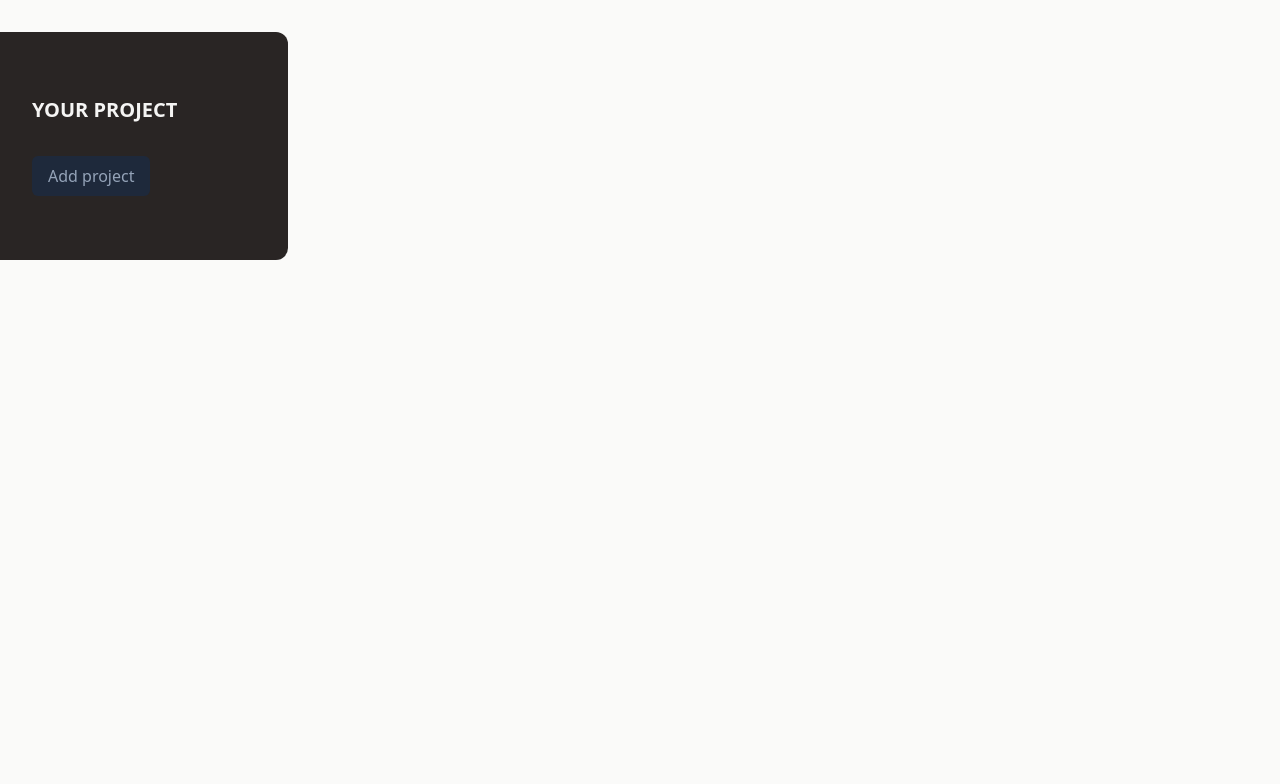
Repository: sibi24sibi/todo-list-using-reactjs
Page: /
An editor plug-in stored every save of this project. The page is shown before and after the next save, followed by the edit.
The browser window is 1280 px wide. The pictures show the whole page.
The project was rebuilt for these pictures with package versions that can differ from the ones it lists, and the page was loaded fresh each time. Also part of the build but not shown: vite.config.js.

Above is the page before, as saved 2024-06-24 11:57:25.

After the next save:
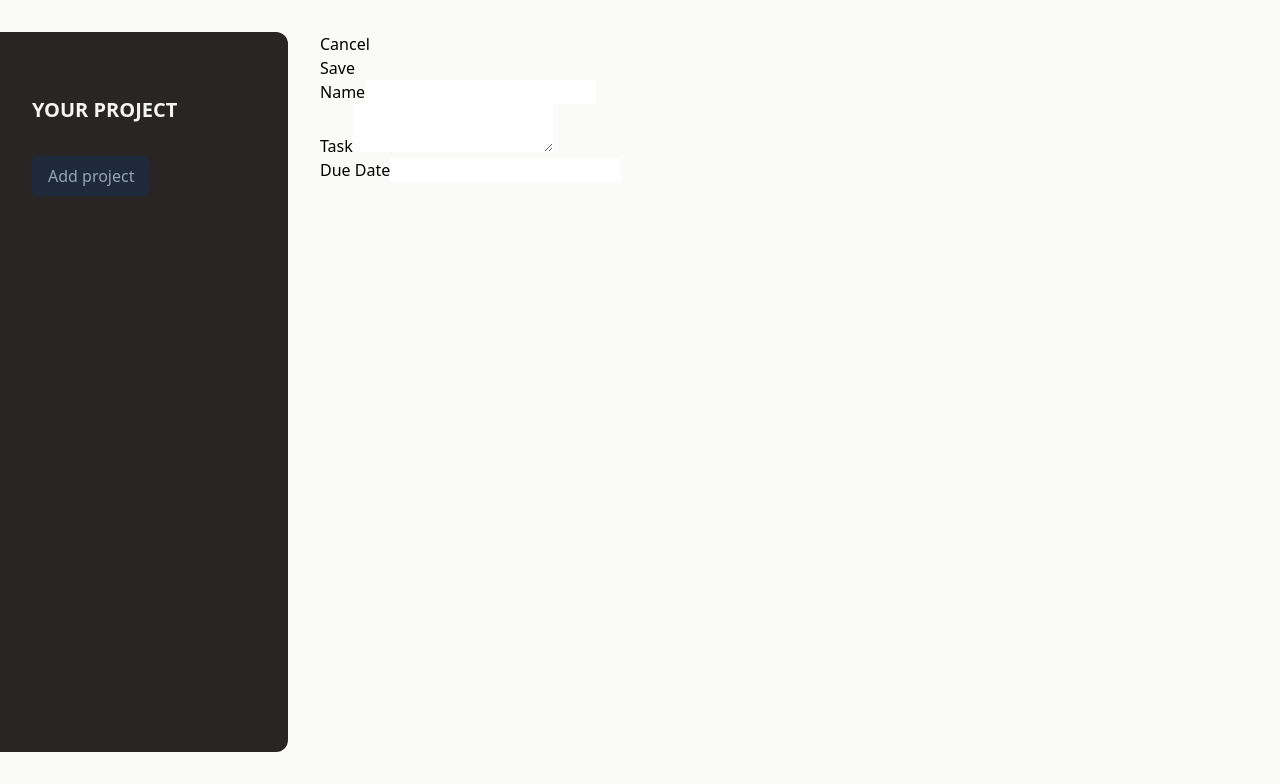
Saved 83 s later.
--- a/src/App.jsx
+++ b/src/App.jsx
@@ -1,10 +1,12 @@
+import NewPoject from "./assets/Components/Input/NewProjects";
 import SideBar from "./assets/Components/SideBar/SideBar";
 
 function App() {
   return (
     <>
-      <main className="h-screen my-8">
+      <main className="h-screen my-8 flex gap-8">
         <SideBar />
+        <NewPoject />
       </main>
     </>
   );
